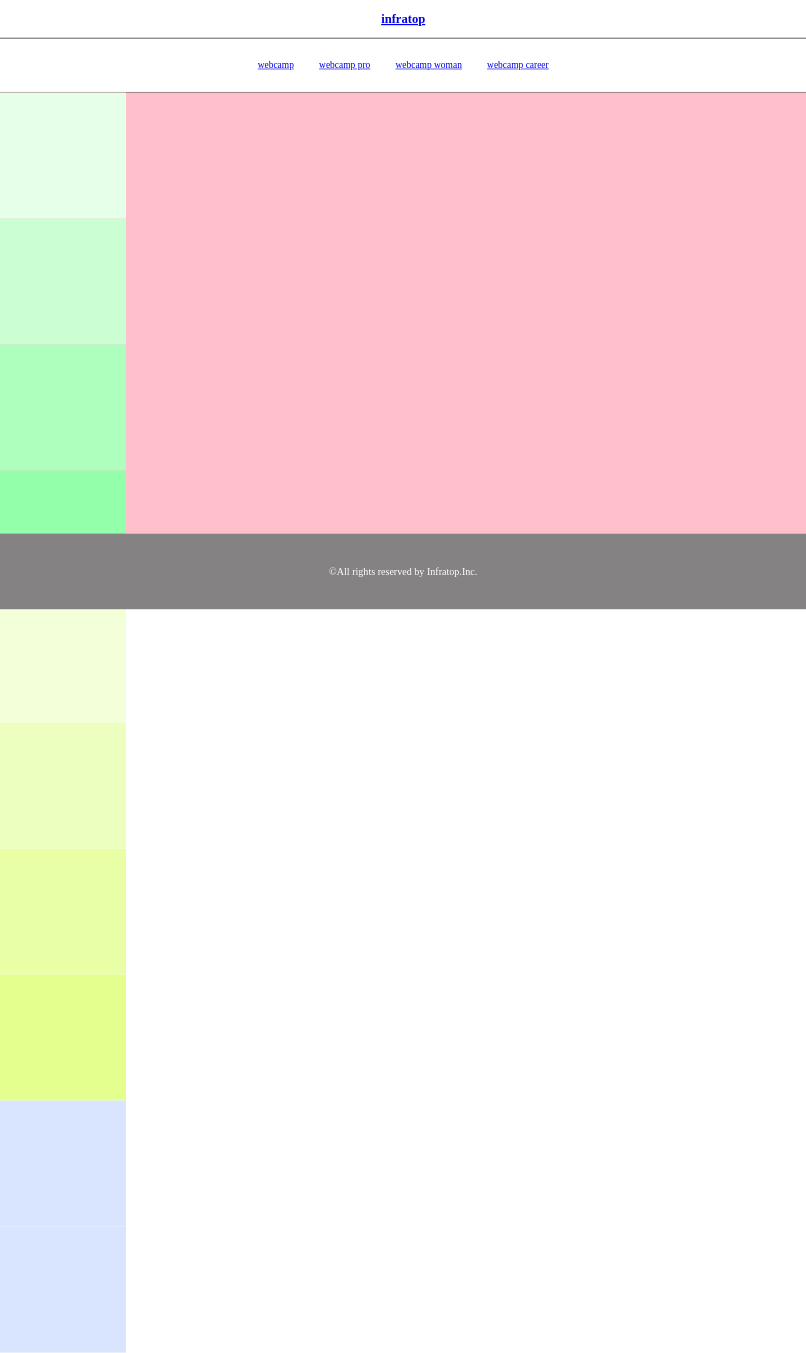
Repository: shizuki-okuma/dmm-webcamp
Page: chapter5_exercise/chapter5_exercise.html
The author's editor kept a record of every edit. The page is drawn from the files as they stood at one moment, then again after the next edit.
The browser window is 1280 px wide. The pictures show the whole page, at 63% of full size.

Above is the page before.

After the next edit:
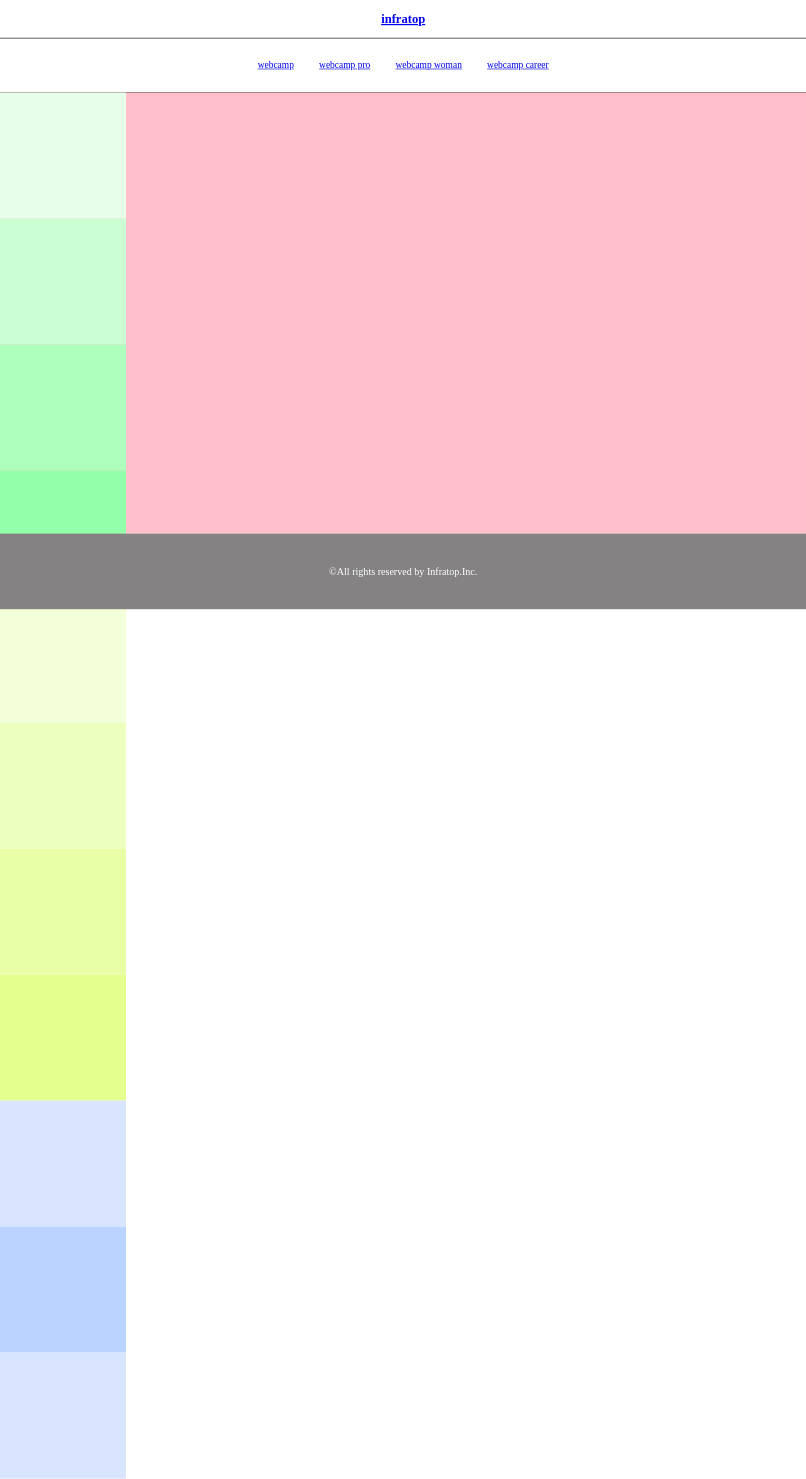
The edit:
--- a/chapter5_exercise/style5.css
+++ b/chapter5_exercise/style5.css
@@ -98,6 +98,11 @@
 .blue2 {
   width: 200px;
   height: 200px;
+  background-color: #bad3ff;
+}
+.blue3 {
+  width: 200px;
+  height: 200px;
   background-color: #d9e5ff;
 }
 footer {
